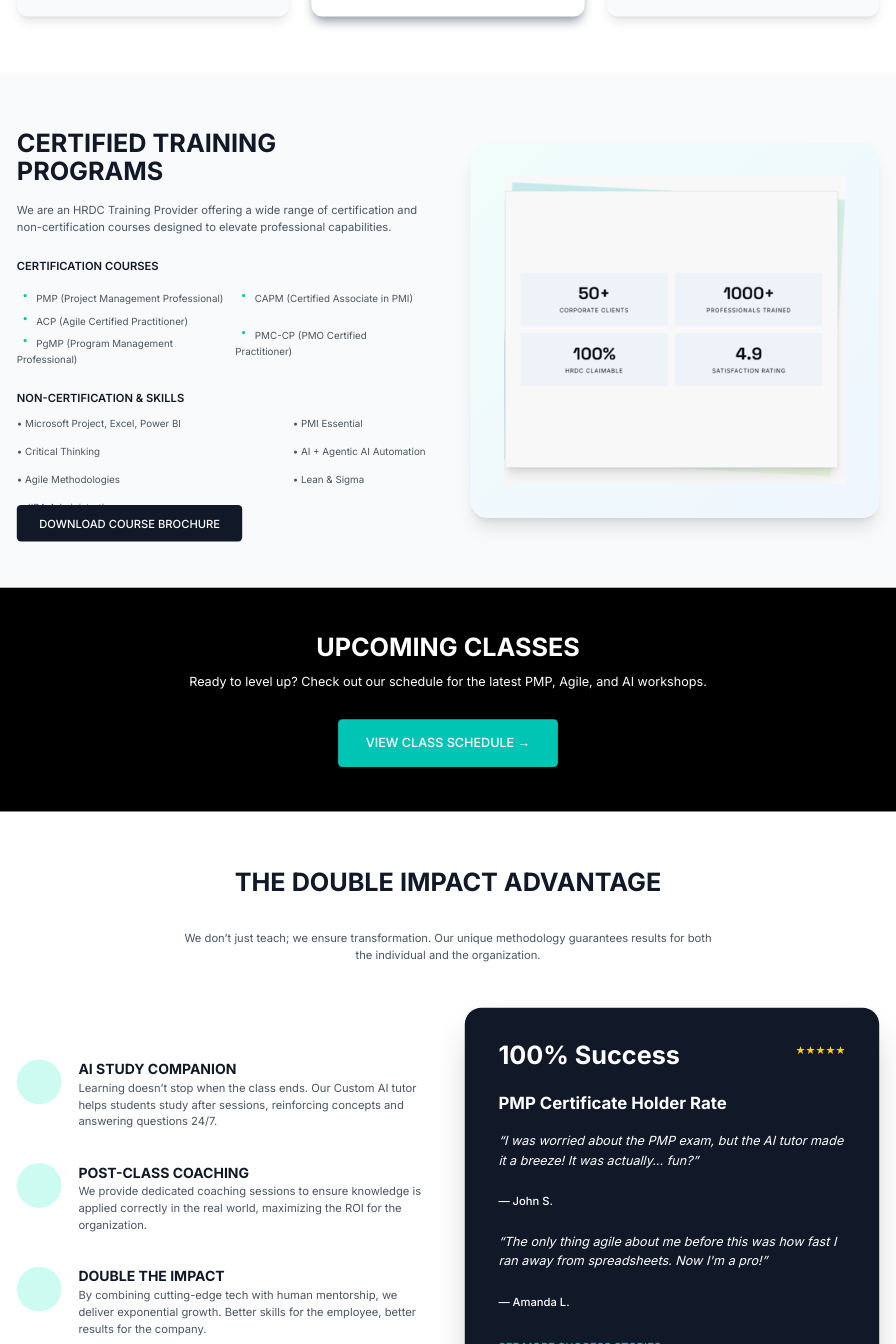
Repository: hsuntariq/web-pages
Page: impact/index.html
An editor plug-in stored every save of this project. The page is shown before and after the next save, followed by the edit.
The browser window is 1280 px wide. The pictures show the part of the page from y = 1262 to 3182 px (the page is 3945 px tall before and 3925 px after), at 70% of full size.
Some web libraries are served in a nearby version.

Above is the page before, as saved 2025-12-28 20:36:15.

After the next save:
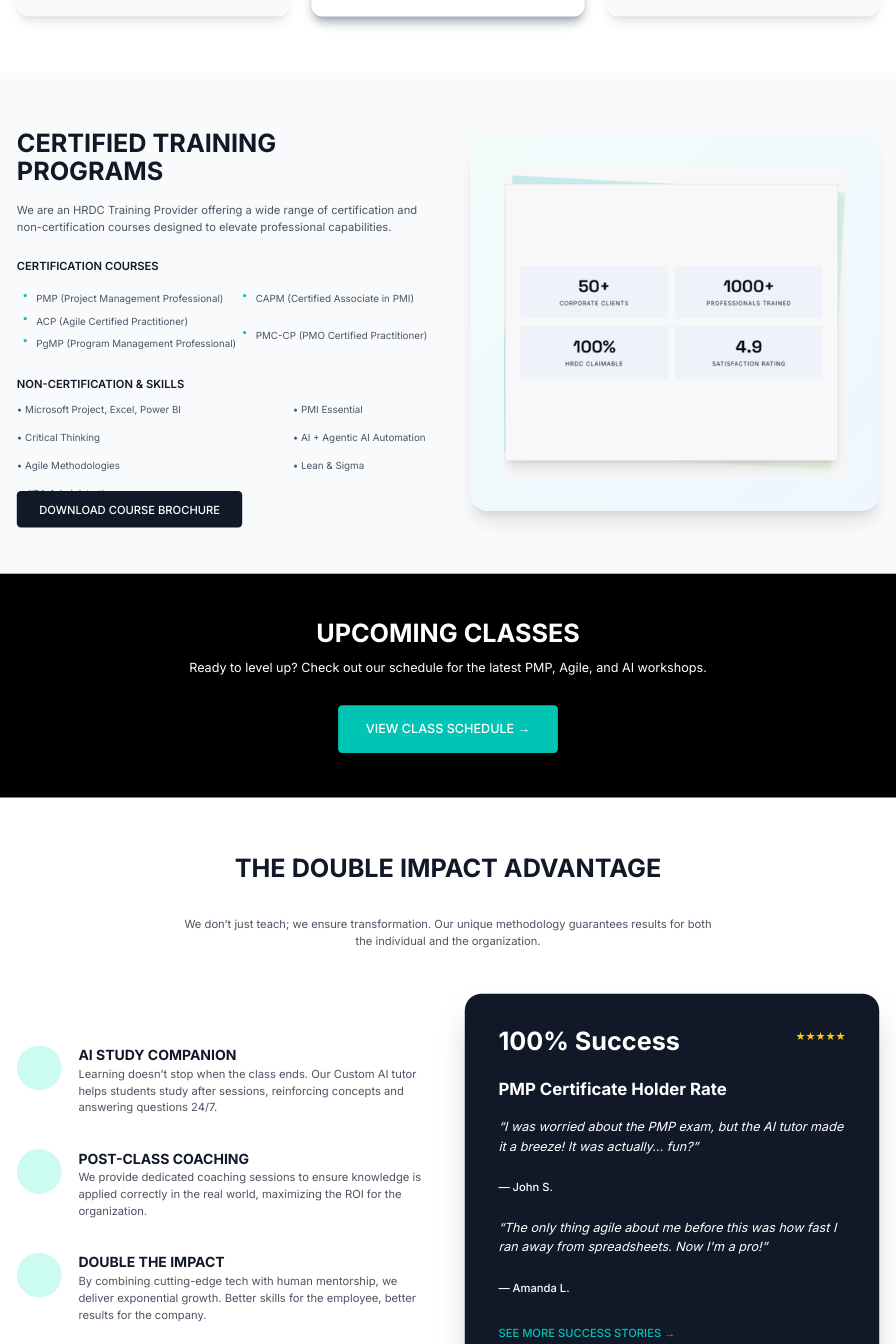
Saved 26 s later.
--- a/impact/index.html
+++ b/impact/index.html
@@ -225,25 +225,25 @@
               <ul class="space-y-3 text-gray-600">
                 <div class="flex justify-between text-sm">
                   <div class="flex flex-col">
-                    <li>
+                    <li class="w-max">
                       <i class="bi bi-dot text-primary text-2xl"></i> PMP
                       (Project Management Professional)
                     </li>
-                    <li>
+                    <li class="w-max">
                       <i class="bi bi-dot text-primary text-2xl"></i> ACP (Agile
                       Certified Practitioner)
                     </li>
-                    <li>
+                    <li class="w-max">
                       <i class="bi bi-dot text-primary text-2xl"></i> PgMP
                       (Program Management Professional)
                     </li>
                   </div>
                   <div class="flex flex-col gap-5">
-                    <li>
+                    <li class="w-max">
                       <i class="bi bi-dot text-primary text-2xl"></i> CAPM
                       (Certified Associate in PMI)
                     </li>
-                    <li>
+                    <li class="w-max">
                       <i class="bi bi-dot text-primary text-2xl"></i> PMC-CP
                       (PMO Certified Practitioner)
                     </li>
